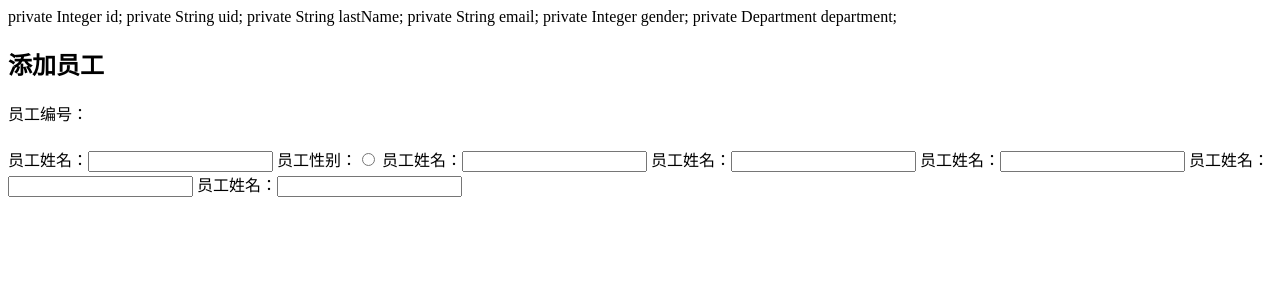
Repository: ocxz/spring
Page: http://localhost/8.SpringMVC_CRUD/WEB-INF/pages/add.jsp
An editor plug-in stored every save of this project. The page is shown before and after the next save, followed by the edit.
The browser window is 1280 px wide. The pictures show the whole page.
The page is served by Tomcat 9. Nobody is signed in. Other server files are loaded and not shown. The template is opened directly, without the code that normally fills it, so the values that code supplies are empty.

Above is the page before, as saved 2019-12-06 01:34:32.

### Spring/代码/8.SpringMVC_CRUD/src/main/webapp/WEB-INF/pages/add.jsp
<%@ page language="java" contentType="text/html; charset=UTF-8"
    pageEncoding="UTF-8"%>
<!DOCTYPE html>
<html>
<head>
<meta charset="UTF-8">
<title>添加员工</title>
</head>
<body>

		private Integer id;
	private String uid;
	private String lastName;
	private String email;
	private Integer gender;
	private Department department;
	<h2>添加员工</h2>
	<form action="" method="post">
		员工编号：<h5></h5>
		员工姓名：<input type="text" name="lastName">
		员工性别：<input type="radio" name="gender" value="1">
		员工姓名：<input type="text" name="lastName">
		员工姓名：<input type="text" name="lastName">
		员工姓名：<input type="text" name="lastName">
		员工姓名：<input type="text" name="lastName">
		员工姓名：<input type="text" name="lastName">
	</form>
</body>
</html>

After the next save:
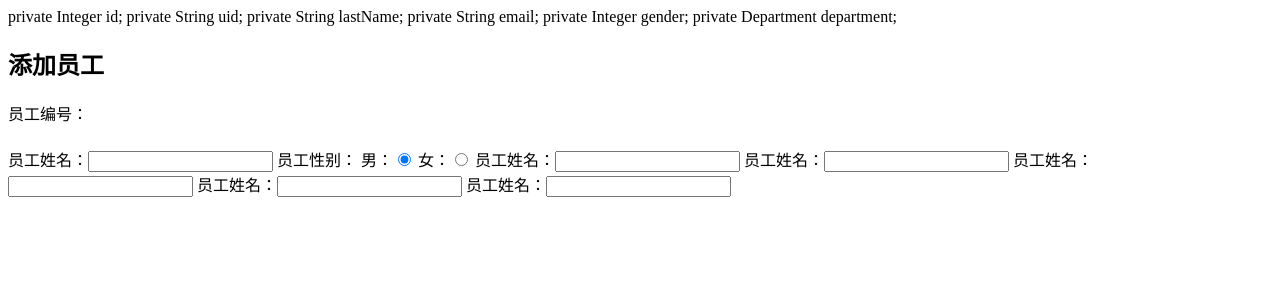
Saved 26 s later.
--- a/Spring/代码/8.SpringMVC_CRUD/src/main/webapp/WEB-INF/pages/add.jsp
+++ b/Spring/代码/8.SpringMVC_CRUD/src/main/webapp/WEB-INF/pages/add.jsp
@@ -18,7 +18,9 @@
 	<form action="" method="post">
 		员工编号：<h5></h5>
 		员工姓名：<input type="text" name="lastName">
-		员工性别：<input type="radio" name="gender" value="1">
+		员工性别：
+			男：<input type="radio" name="gender" value="1" checked="checked">
+			女：<input type="radio" name="gender" value="0">
 		员工姓名：<input type="text" name="lastName">
 		员工姓名：<input type="text" name="lastName">
 		员工姓名：<input type="text" name="lastName">
